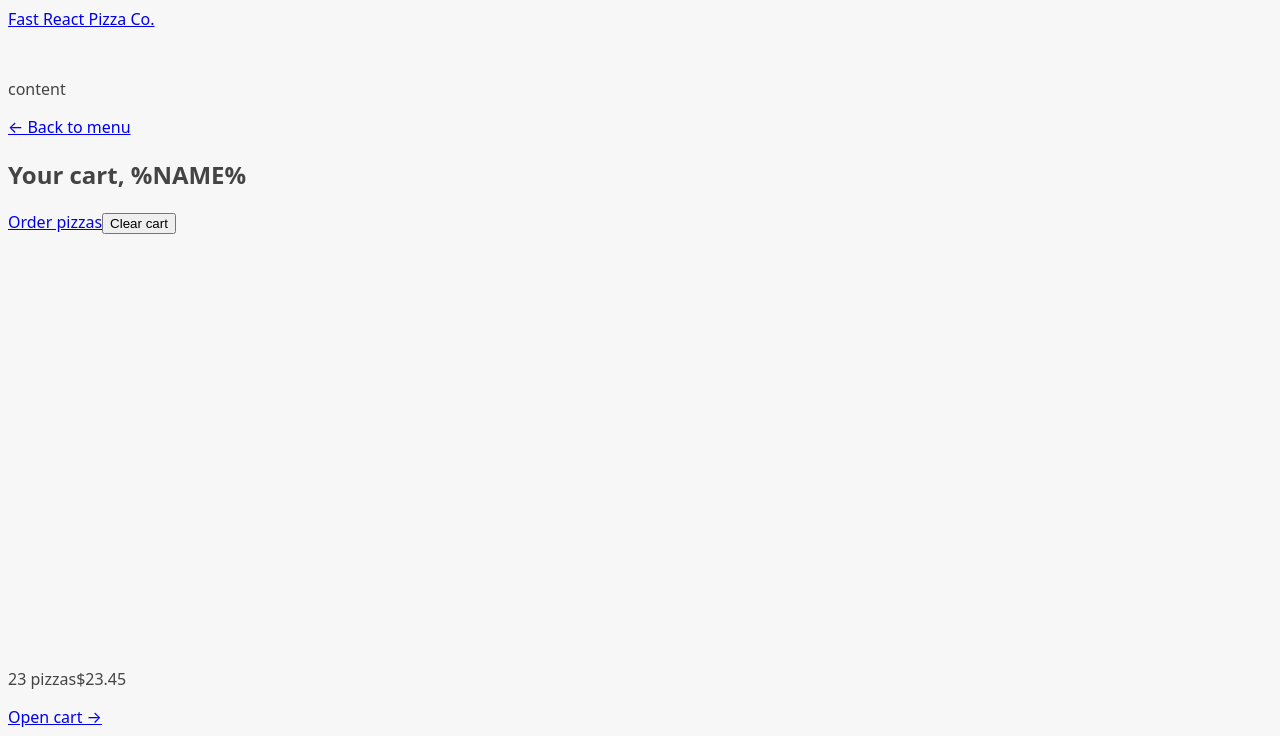
Repository: ayakhaled0001/pizza-delivery
Page: /cart
These files come from the project's save history. The page is drawn as it stood at one moment and after the next save; the edit follows.
The browser window is 1280 px wide. The pictures show the whole page.
The project was rebuilt for these pictures with package versions that can differ from the ones it lists, and the page was loaded fresh each time. Also part of the build but not shown: vite.config.js, src/ui/Home.jsx, src/services/apiRestaurant.jsx, src/utilities/helpers.jsx, src/features/menu/MenuItem.jsx, src/features/menu/Menu.jsx, src/features/order/Order.jsx. Imported but missing from the stored project, and not drawn on this page: src/features/order/CreateOrder.

Above is the page before, as saved 2025-04-26 15:25:44.

After the next save:
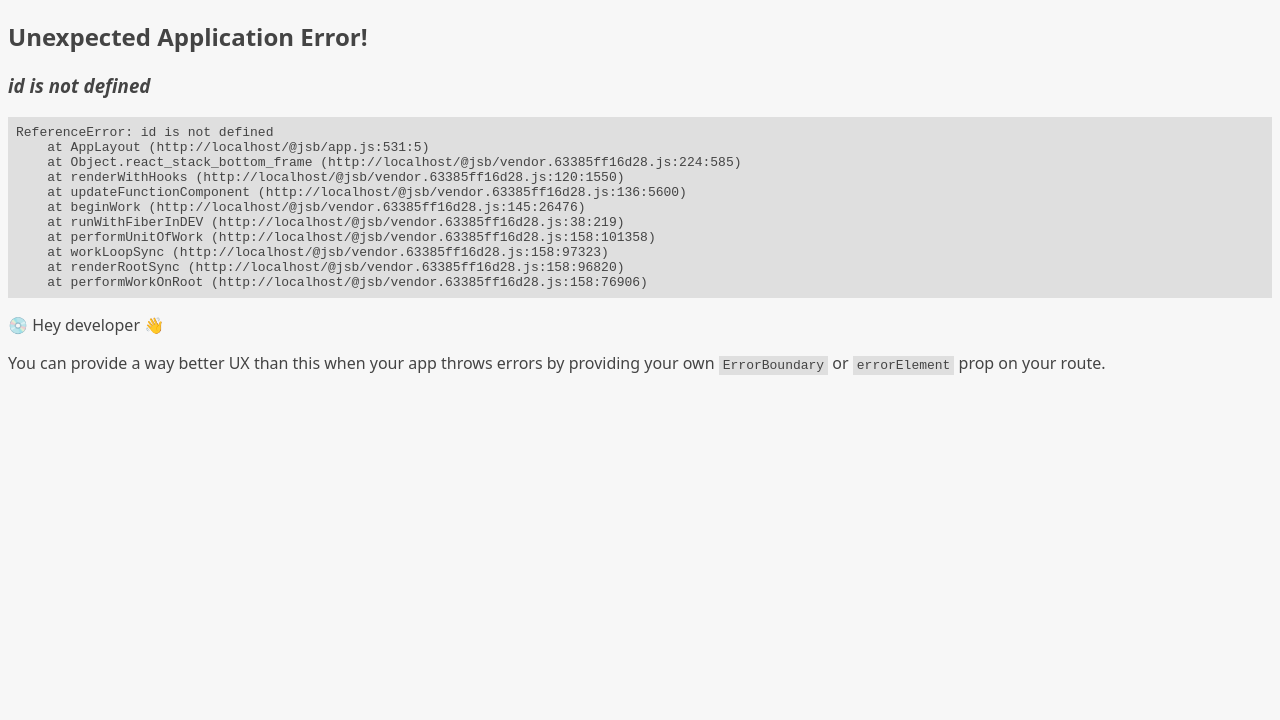
Saved 41 s later.
--- a/src/ui/AppLayout.jsx
+++ b/src/ui/AppLayout.jsx
@@ -7,6 +7,7 @@ function AppLayout() {
   const isLoading = navigation.state === "loading";
   return (
     <div className="layout">
+      {id}
       <Header />
       <main>
         <p>content</p>
